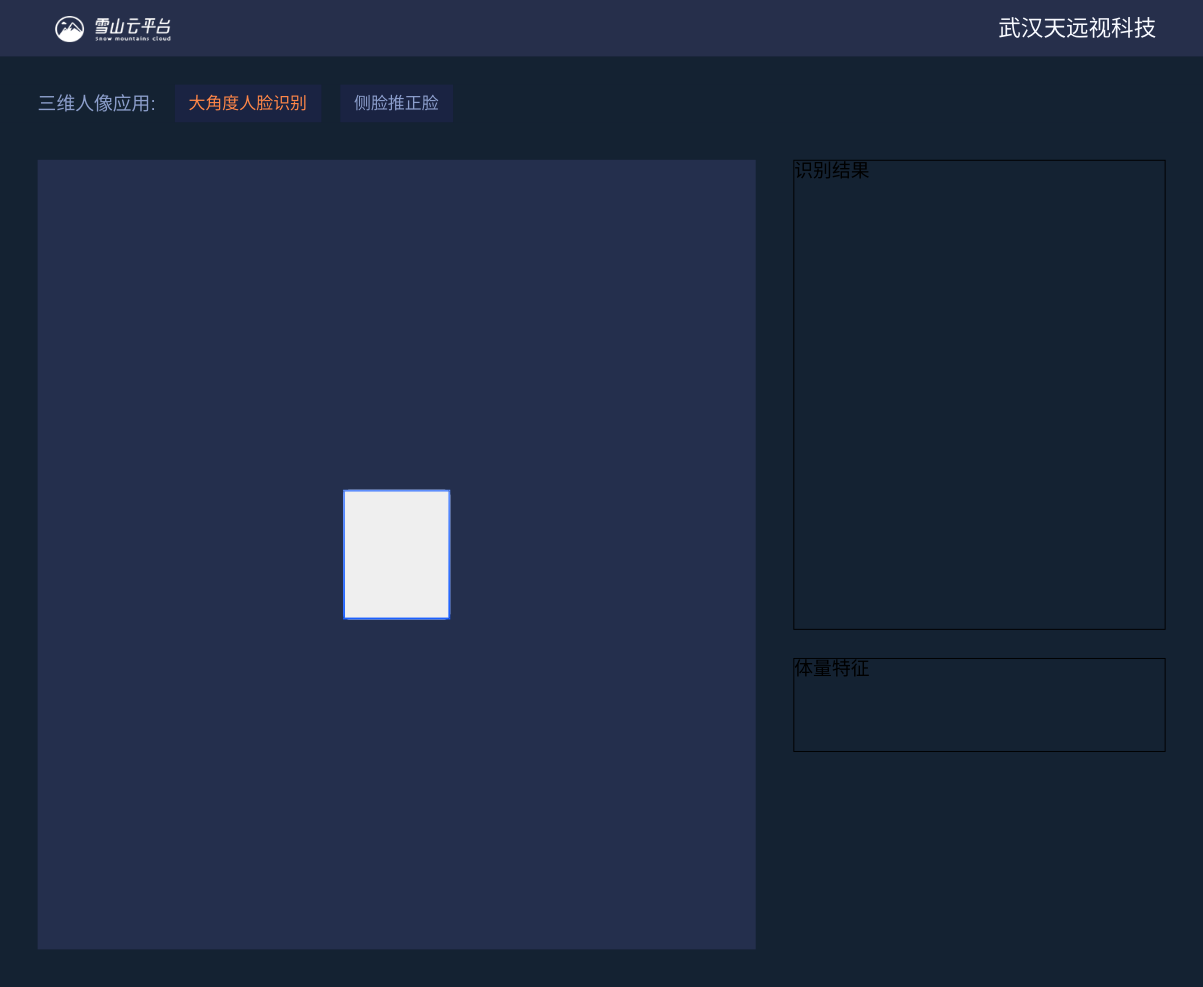
Repository: fyt2020/pubilcDemlo
Page: /
These files come from the project's save history. The page is drawn as it stood at one moment and after the next save; the edit follows.
The browser window is 1280 px wide. The pictures show the whole page, at 94% of full size.
The project was rebuilt for these pictures with package versions that can differ from the ones it lists, and the page was loaded fresh each time.

Above is the page before, as saved 2020-04-28 11:05:36.

After the next save:
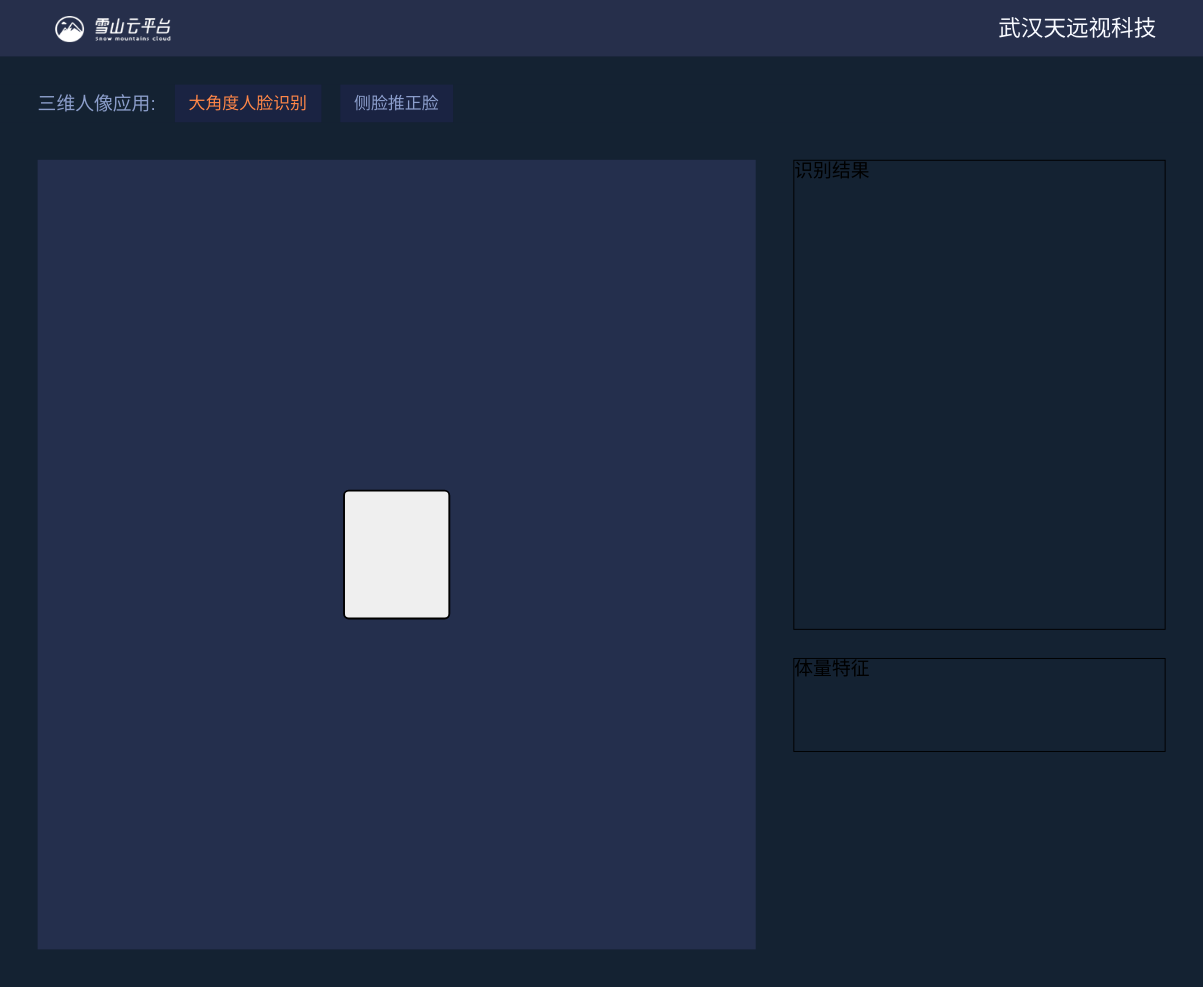
Saved 15 s later.
--- a/src/assets/css/bigAngle.scss
+++ b/src/assets/css/bigAngle.scss
@@ -35,8 +35,8 @@
                  outline: none;
                  border-style: solid;
                  border-width: 2px;
-                 border-image-source: linear-gradient(0deg,#1a5fff 0%, #5f8ffd 100%);
-                 border-image-slice: 1;
+                //  border-image-source: linear-gradient(0deg,#1a5fff 0%, #5f8ffd 100%);
+                //  border-image-slice: 1;
                  width: 114px;
                  height: 138px;
                  line-height: 30px;
